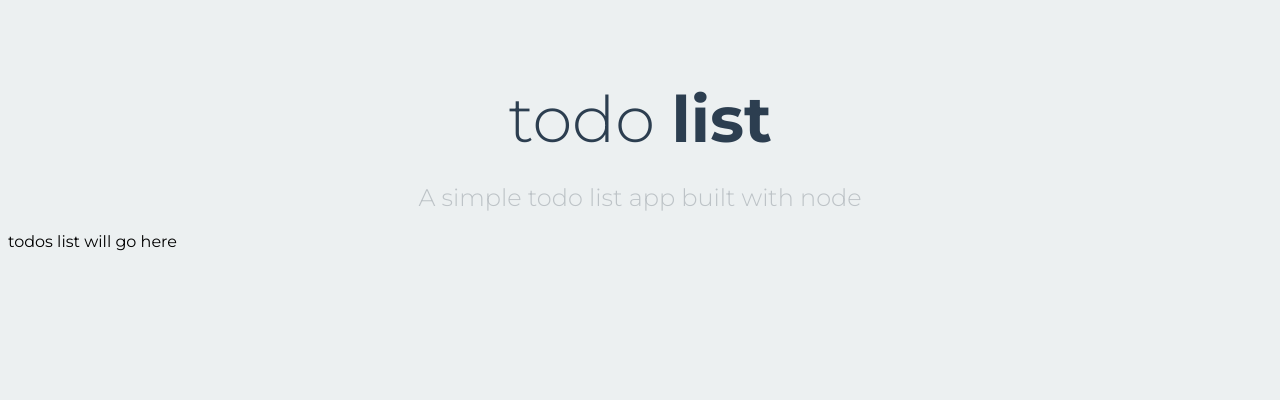
Repository: liuxiaomingskm/front-end-work
Page: todos-api(练习了API的创建调用和通过存储data来保存状态和ajax的put请求)/todos_api/views/index.html
The author's editor kept a record of every edit. The page is drawn from the files as they stood at one moment, then again after the next edit.
The browser window is 1280 px wide. The pictures show the whole page.
The page's requests for data from a server got no answer.

Above is the page before.

### todos-api(练习了API的创建调用和通过存储data来保存状态和ajax的put请求)/todos_api/views/index.html
<head>
    <link rel="stylesheet" href="app.css" type="text/css" />
    <script src="https://code.jquery.com/jquery-3.5.1.min.js"
    integrity="sha256-9/aliU8dGd2tb6OSsuzixeV4y/faTqgFtohetphbbj0="
    crossorigin="anonymous"></script>
</head>
<body>
    <header><h1>todo <span>list</span></h1>
    <h2>A simple todo list app built with node</h2>
    </header>


<p>todos list will go here</p>
<script type="text/javascript" src="app.js"></script>
</body>

### todos-api(练习了API的创建调用和通过存储data来保存状态和ajax的put请求)/todos_api/public/app.css
@import url('https://fonts.googleapis.com/css?family=Montserrat:300,400,700');

body {
	font-family: 'Montserrat', sans-serif;
	background: #ecf0f1;
}

/*****************************HEADER STYLES*****************************/
header {
	text-align: center;
}
header h1 {
	font-size: 64px;
	font-weight: 300;
	margin: 80px 0 25px;
	color: #2c3e50;
}
header h1 span {
	font-weight: 700;
}
header h2 {
	color: #bdc3c7;
	font-weight:300;
}
/*****************************FORM STYLES*****************************/

.form {
	width: 800px;
	margin: 50px auto 20px;
}

#todoInput {
	width: 100%;
	height: 60px;
	background: none;
	border: none;
	border-bottom: 1px solid #34495e;
	outline: none;
	font: 300 28px 'Ubuntu', sans-serif;
	padding: 20px;
	color: #34495e;
}

/*****************************LIST STYLES*****************************/
.list {
	width: 800px;
	margin: 0 auto;
}
.task {
	width: 100%;
	height: 60px;
	line-height: 60px;
	font-size: 20px;
	padding: 0 20px;
	color: #34495e;
	transition: all .3s ease;
}
.task:hover {
	background: rgba(0, 0, 0, .02);
	cursor: pointer;
}

.task:hover span{
	opacity: 1;
}

.done {
	text-decoration: line-through;
	color: #bdc3c7;
}

li span {
  float: right;
  color: #c0392b;
  transition: all 0.3s;
  opacity: 0;
}

li span:hover {
  color: #e74c3c
}

### todos-api(练习了API的创建调用和通过存储data来保存状态和ajax的put请求)/todos_api/public/app.js
/* global $ */
$(document).ready(function(){
    $.getJSON("/api/todos")
    .then(addTodos)

    $('#todoInput').keypress(function(event){
        if (event.which == 13){
            //create todo
            createTodo();
        }
    })
});

$('.list').on('click','li', function(req,res){
    updateTodo($(this));
})

$('.list').on('click','span', function(e){//这里要注意监听器只能parent节点上 要不然点击事件对新创建的span无效
        e.stopPropagation();// 阻止事件向上传递 点击span 只会对span触发事件 而不会对包含span的li触发事件
        removeTodo($(this).parent());


})

function addTodos(todos){
    // add todos to page here
    todos.forEach(function(todo){ //这里用map也可以 foreach和map可以互换 除了返回结果不同
     addTodo(todo);
})}


function addTodo(todo){
       var newTodo = $('<li class="task">' + todo.name + '<span>X</span> </li>');
       newTodo.data('id', todo._id); //将id保存在newTodo中 方便后面删除调用
       newTodo.data('completed',todo.completed);
        if(todo.completed){
            newTodo.addClass("done");
        }
        $('.list').append(newTodo);

}
function createTodo(){
    //send request to create new todo
    var usrInput = $('#todoInput').val();
    $.post('/api/todos',{name: usrInput})
    .then(function(newTodo){

       addTodo(newTodo);
        $('#todoInput').val("");
    })
    .catch(function(err){
        console.log(err);
    })

}
function removeTodo(todo){
        var clickedId =  todo.data('id');
       var deleteUrl = '/api/todos/' + clickedId;

       $.ajax({
           method:'DELETE',
           url:deleteUrl
       })
       .then(function(data){
           todo.remove();
       })
       .catch(function(err){
           console.log(err);
       })
}

function updateTodo(todo){
  var clickedId = todo.data('id');
  var updateUrl = '/api/todos/' + clickedId;
  var isDone = todo.data('completed');
  var updateData = {completed: !isDone};
  $.ajax({
      method:'PUT',
      url:updateUrl
  })

}

After the next edit:
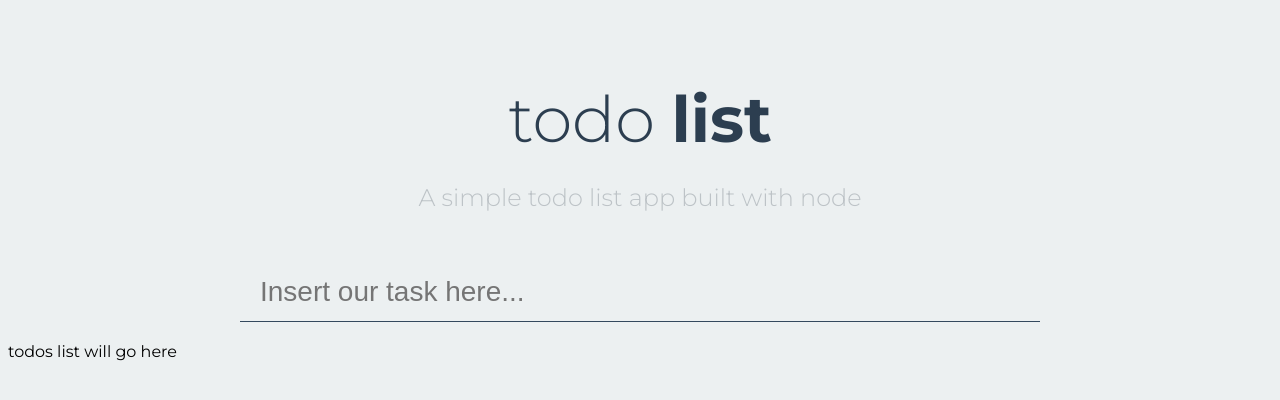
The edit:
--- a/todos-api(练习了API的创建调用和通过存储data来保存状态和ajax的put请求)/todos_api/views/index.html
+++ b/todos-api(练习了API的创建调用和通过存储data来保存状态和ajax的put请求)/todos_api/views/index.html
@@ -8,7 +8,10 @@
     <header><h1>todo <span>list</span></h1>
     <h2>A simple todo list app built with node</h2>
     </header>
+  <section class='form'>
+      <input type="text" id='todoInput' placeholder='Insert our task here...' />
 
+  </section>
 
 <p>todos list will go here</p>
 <script type="text/javascript" src="app.js"></script>
